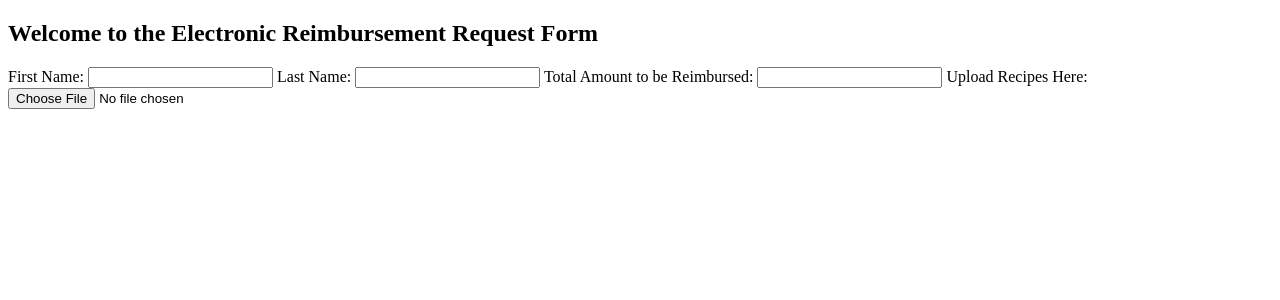
Repository: lharrill01/july_11_current_projects
Page: gres/src/main/java/gres/model/errfwelcome.html
The author's editor kept a copy of each file at every save. The page is drawn from the files as they stood at one save, then again after the next save.
The browser window is 1280 px wide. The pictures show the whole page.

Above is the page before, as saved 2019-07-07 20:40:59.

After the next save:
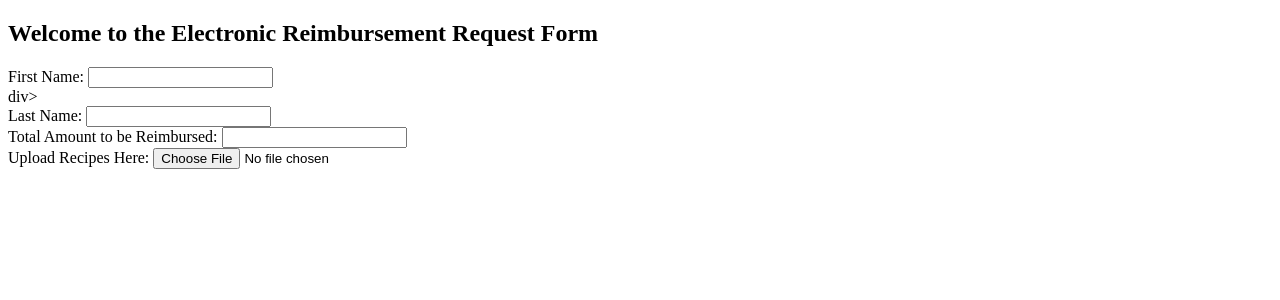
Saved 85 s later.
--- a/gres/src/main/java/gres/model/errfwelcome.html
+++ b/gres/src/main/java/gres/model/errfwelcome.html
@@ -5,17 +5,22 @@
 <title>Welcome to the Electronic Reimbursement Request Form</title>
 </head>
 <h2>Welcome to the Electronic Reimbursement Request Form</h2>
+<div>
 <label> First Name: </label>
 <input type="text" name="firstName">
-
+</div>div>
+<div>
 <label> Last Name: </label>
 <input type="text" name="lastName">
-
+</div>
+<div>
 <label>Total Amount to be Reimbursed: </label>
 <input type="text" name="rAmount">
-
+</div>
+<div>
 <label> Upload Recipes Here: </label>
 <input type="file" name="reciepts" accept="image/*">
+</div>
 <body>
 
 
